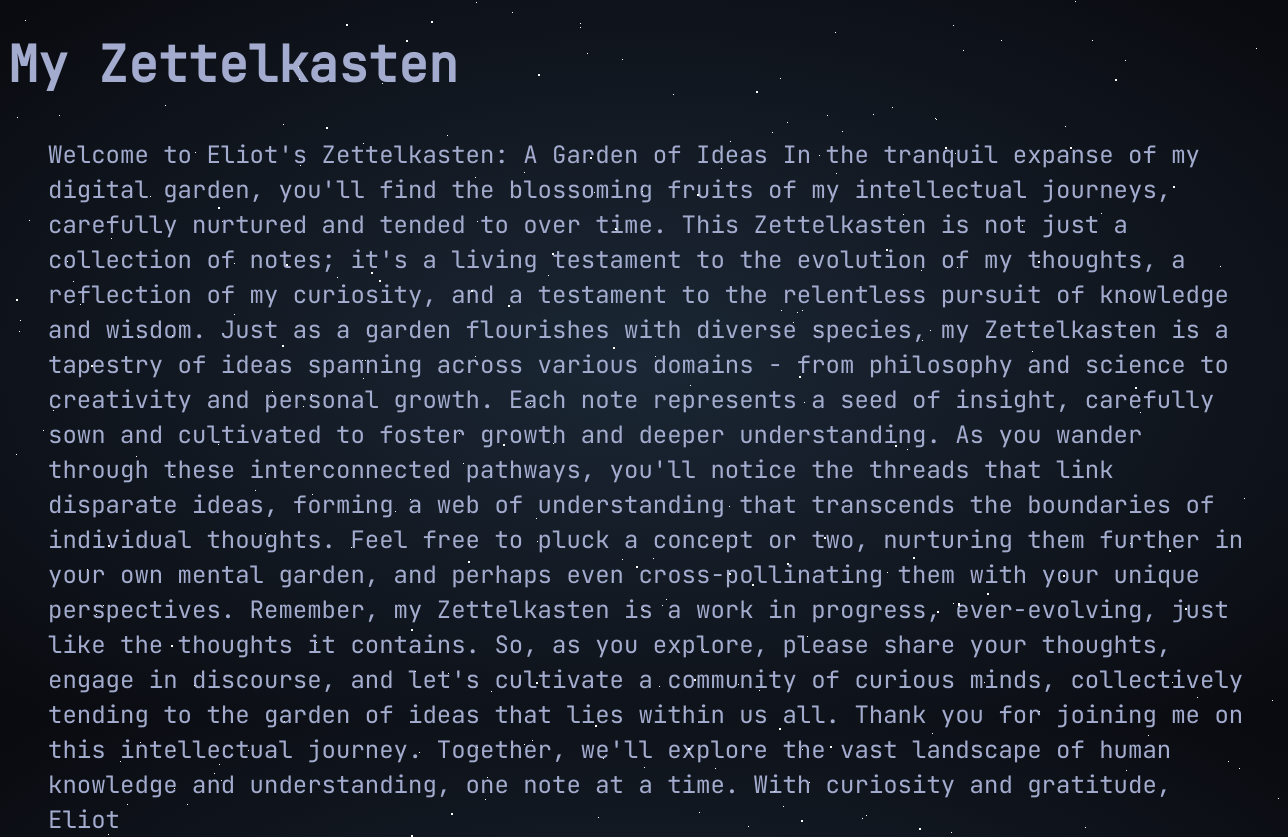
Repository: EliotKhachi/publicZk
Page: zettelkasten.html
An editor plug-in stored every save of this project. The page is shown before and after the next save, followed by the edit.
The browser window is 1280 px wide. The page is 1288 px wide, so the pictures cover 1288 px, including what lies to the right of the window. The pictures show the whole page.

Above is the page before, as saved 2023-10-01 17:32:53.

### zettelkasten.html
<!DOCTYPE html>
<html lang="en">
  <head>
    <meta charset="UTF-8" />
    <meta name="viewport" content="width=device-width, initial-scale=1.0" />
    <meta http-equiv="X-UA-Compatible" content="ie=edge" />
    <title>Eliot Khachi</title>
    <link rel="stylesheet" type="text/css" href="./zettelkasten.css" />
    <link
      href="https://fonts.googleapis.com/css2?family=JetBrains+Mono:wght@400&display=swap"
      rel="stylesheet"
    />
  </head>
  <body>
    <div class="wrapper">
      <div id="stars"></div>
      <div id="stars2"></div>
      <div id="stars3"></div>
    </div>
    <div class="parent">
      <h1 id="title">My Zettelkasten</h1>
      <div class="container">
        <p>
          Welcome to Eliot's Zettelkasten: A Garden of Ideas

In the tranquil expanse of my digital garden, you'll find the blossoming fruits of my intellectual journeys, carefully nurtured and tended to over time. This Zettelkasten is not just a collection of notes; it's a living testament to the evolution of my thoughts, a reflection of my curiosity, and a testament to the relentless pursuit of knowledge and wisdom.

Just as a garden flourishes with diverse species, my Zettelkasten is a tapestry of ideas spanning across various domains - from philosophy and science to creativity and personal growth. Each note represents a seed of insight, carefully sown and cultivated to foster growth and deeper understanding.

As you wander through these interconnected pathways, you'll notice the threads that link disparate ideas, forming a web of understanding that transcends the boundaries of individual thoughts. Feel free to pluck a concept or two, nurturing them further in your own mental garden, and perhaps even cross-pollinating them with your unique perspectives.

Remember, my Zettelkasten is a work in progress, ever-evolving, just like the thoughts it contains. So, as you explore, please share your thoughts, engage in discourse, and let's cultivate a community of curious minds, collectively tending to the garden of ideas that lies within us all.

Thank you for joining me on this intellectual journey. Together, we'll explore the vast landscape of human knowledge and understanding, one note at a time.

With curiosity and gratitude,

Eliot
        </p>
      </div>
    </div>
    <script src="js/script.js"></script>
  </body>
</html>

### zettelkasten.css
@import "stars.css"; /* BACKGROUND CSS */

/* CSS VARIABLES */
:root {
  --primary-color: #a3acce;
  --background-color-light: #1b2735;
  --background-color-medium: #091320;
  --background-color-dark: #090a0f;
  --text-opacity: 70%;
  --text-opacity-on-hover: 100%;
}

/* GENERAL CSS */
html {
    height: 100%;
    width: 100%;
}

img {
  width: 100%;
  height: 100%;
}

body {
  height: 100%;
  width: 100%;
  overflow: auto;
  background: radial-gradient(
    ellipse,
    var(--background-color-light) 0%,
    var(--background-color-dark) 100%
  );
  color: var(--primary-color);
  font-family: "JetBrains Mono", monospace;
}

h1 {
    margin-top: 20px;
    font-size: 50px;
}

h2 {
  margin: 20px;
  margin-bottom: 0px;
  font-size: 36px;
  line-height: 45px;
}

p {
  margin: 40px;
  font-size: 24px;
  line-height: 35px;
}

a {
  color: white;
  text-decoration: none;
}

a:hover {
  text-decoration: underline;
}

ul {
    font-size: 20px;
    line-height: 30px;

}

th, td {
    font-size: 20px;
    border: 3px solid var(--primary-color);
    padding: 8px;
    text-align: left;
}
th {
    font: bold;
    background-color: var(--primary-color);
    color: var(--background-color-dark);
}

Loaded but not shown: stars.css (507 lines, source omitted); script.js (no copy from this time; the picture is the same without it)

After the next save:
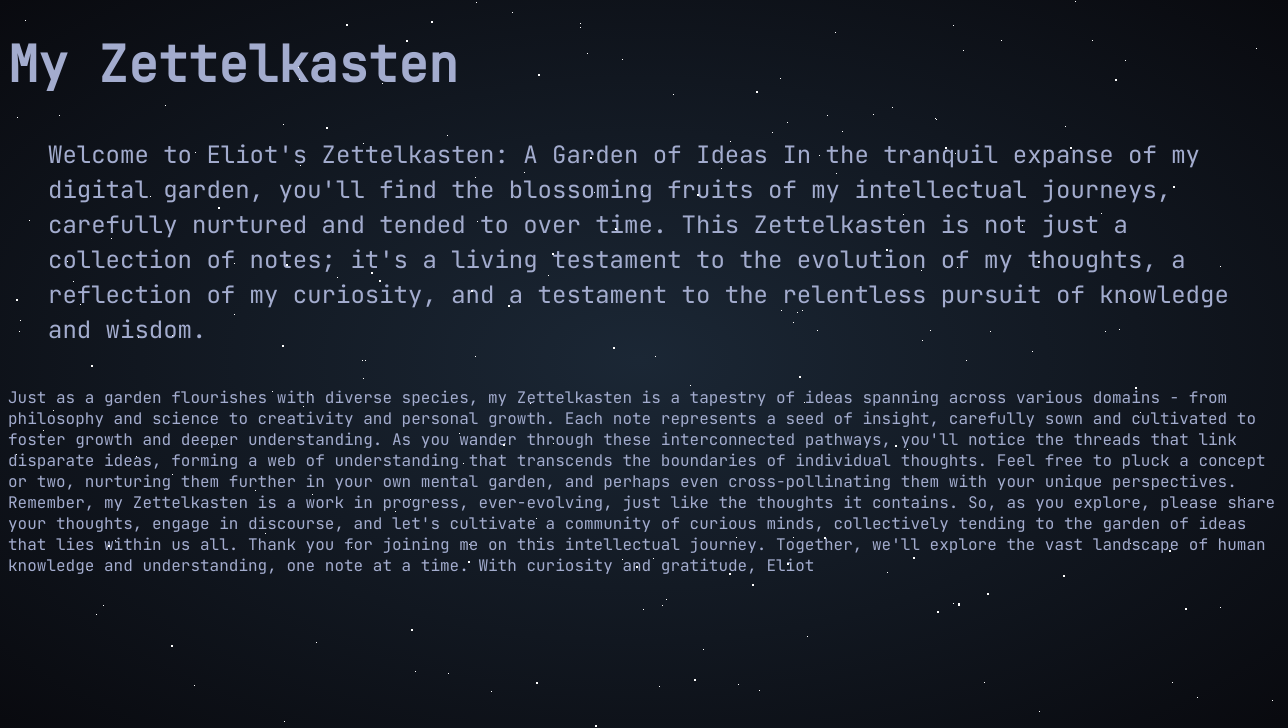
Saved 17 s later.
--- a/zettelkasten.html
+++ b/zettelkasten.html
@@ -23,7 +23,8 @@
         <p>
           Welcome to Eliot's Zettelkasten: A Garden of Ideas
 
-In the tranquil expanse of my digital garden, you'll find the blossoming fruits of my intellectual journeys, carefully nurtured and tended to over time. This Zettelkasten is not just a collection of notes; it's a living testament to the evolution of my thoughts, a reflection of my curiosity, and a testament to the relentless pursuit of knowledge and wisdom.
+In the tranquil expanse of my digital garden, you'll find the blossoming fruits of my intellectual journeys, carefully nurtured and tended to over time. This Zettelkasten is not just a collection of notes; it's a living testament to the evolution of my thoughts, a reflection of my curiosity, and a testament to the relentless pursuit of knowledge and wisdom.</p>
+
 
 Just as a garden flourishes with diverse species, my Zettelkasten is a tapestry of ideas spanning across various domains - from philosophy and science to creativity and personal growth. Each note represents a seed of insight, carefully sown and cultivated to foster growth and deeper understanding.
 
